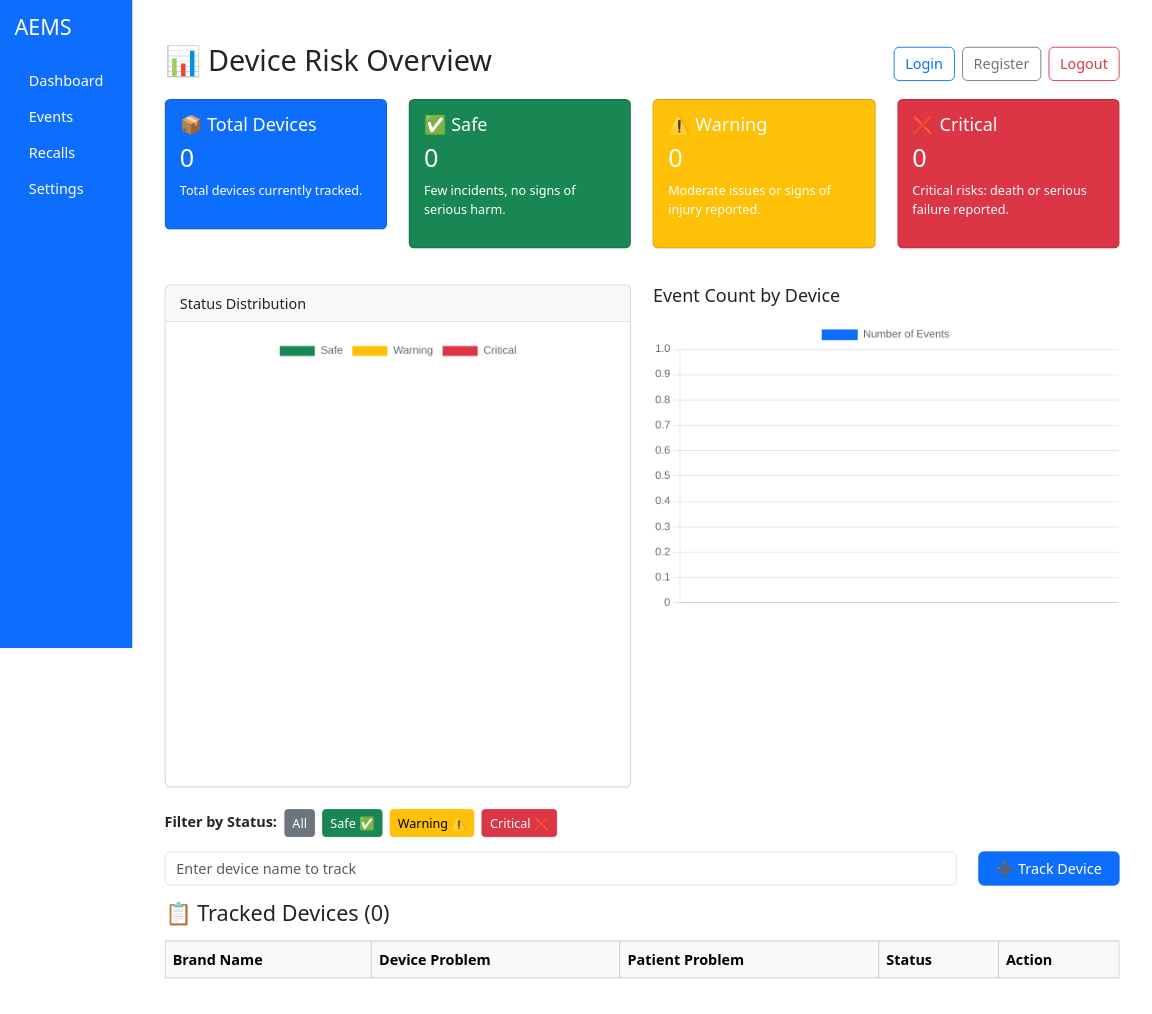
Repository: Sarary2/AEMS_2MVP
Page: / (app in frontend/AEMS/)
An editor plug-in stored every save of this project. The page is shown before and after the next save, followed by the edit.
The browser window is 1280 px wide. The pictures show the whole page, at 90% of full size.
The page's requests for data from a server got no answer. The project was rebuilt for these pictures with package versions that can differ from the ones it lists, and the page was loaded fresh each time. No one was signed in, and anything a server would have sent is missing. Also part of the build but not shown: frontend/AEMS/vite.config.js, frontend/AEMS/src/components/DeviceRow.jsx, frontend/AEMS/src/pages/Events.jsx, frontend/AEMS/src/firebase.js, frontend/AEMS/src/pages/Login.jsx, frontend/AEMS/src/pages/Register.jsx.

Above is the page before, as saved 2025-05-06 12:51:36.

After the next save:
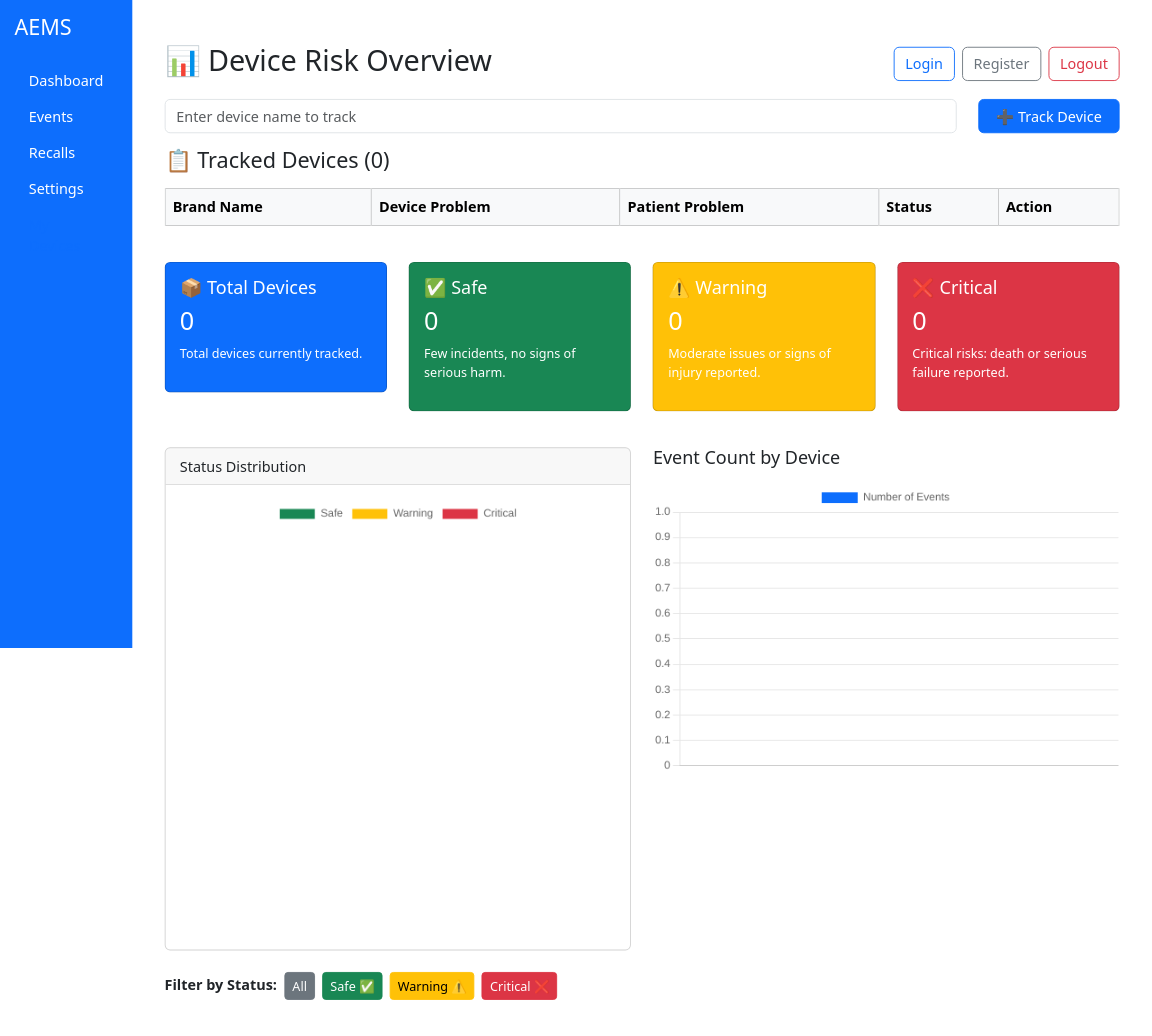
Saved 89 s later.
--- a/frontend/AEMS/src/pages/Dashboard.jsx
+++ b/frontend/AEMS/src/pages/Dashboard.jsx
@@ -40,8 +40,10 @@ export default function Dashboard() {
     setDeviceInput('');
   };
 
-  const handleTrackRemove = (name) => {
-    const updated = tracked.filter(t => t !== name.toLowerCase());
+  const handleTrackRemove = (brandName) => {
+    const normalized = tracked.find(t => brandName.toLowerCase().includes(t));
+    if (!normalized) return;
+    const updated = tracked.filter(t => t !== normalized);
     setTracked(updated);
     localStorage.setItem('trackedDevices', JSON.stringify(updated));
   };
@@ -72,6 +74,42 @@ export default function Dashboard() {
         </div>
       </div>
 
+      <div className="mb-3 row">
+        <div className="col-md-10">
+          <input
+            placeholder="Enter device name to track"
+            className="form-control"
+            value={deviceInput}
+            onChange={(e) => setDeviceInput(e.target.value)}
+          />
+        </div>
+        <div className="col-md-2">
+          <button className="btn btn-primary w-100" onClick={handleTrackAdd}>
+            ➕ Track Device
+          </button>
+        </div>
+      </div>
+
+      <h4>📋 Tracked Devices ({filteredDevices.length})</h4>
+      <div className="table-responsive mb-4">
+        <table className="table table-striped table-bordered mt-2">
+          <thead className="table-light">
+            <tr>
+              <th>Brand Name</th>
+              <th>Device Problem</th>
+              <th>Patient Problem</th>
+              <th>Status</th>
+              <th>Action</th>
+            </tr>
+          </thead>
+          <tbody>
+            {filteredDevices.map((device, i) => (
+              <DeviceRow key={i} device={device} onRemove={handleTrackRemove} />
+            ))}
+          </tbody>
+        </table>
+      </div>
+
       <div className="row mb-4">
         <StatCard title="Total Devices" count={total} />
         <StatCard title="Safe" count={safe} />
@@ -100,42 +138,6 @@ export default function Dashboard() {
           </button>
         ))}
       </div>
-
-      <div className="mb-3 row">
-        <div className="col-md-10">
-          <input
-            placeholder="Enter device name to track"
-            className="form-control"
-            value={deviceInput}
-            onChange={(e) => setDeviceInput(e.target.value)}
-          />
-        </div>
-        <div className="col-md-2">
-          <button className="btn btn-primary w-100" onClick={handleTrackAdd}>
-            ➕ Track Device
-          </button>
-        </div>
-      </div>
-
-      <h4>📋 Tracked Devices ({filteredDevices.length})</h4>
-      <div className="table-responsive">
-        <table className="table table-striped table-bordered mt-2">
-          <thead className="table-light">
-            <tr>
-              <th>Brand Name</th>
-              <th>Device Problem</th>
-              <th>Patient Problem</th>
-              <th>Status</th>
-              <th>Action</th>
-            </tr>
-          </thead>
-          <tbody>
-            {filteredDevices.map((device, i) => (
-              <DeviceRow key={i} device={device} onRemove={handleTrackRemove} />
-            ))}
-          </tbody>
-        </table>
-      </div>
     </div>
   );
 }
